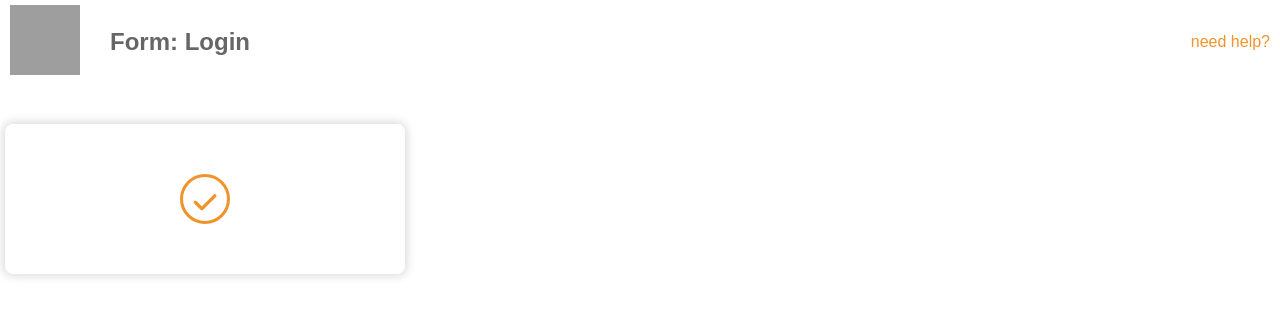
Repository: NguyenDucHung20002/project-homev1
Page: checkout/checkout.html
An editor plug-in stored every save of this project. The page is shown before and after a run of saves, followed by the edit.
The browser window is 1280 px wide. The pictures show the whole page.
Pictures or frames that could not be fetched are drawn as grey boxes. The style sheet was rebuilt from its Sass, Less or Tailwind sources for each picture, by a compiler version that may differ from the author's.

Above is the page before, as saved 2022-09-20 09:21:46.

### checkout/checkout.html
<!DOCTYPE html>
<html lang="en">

<head>
    <meta charset="UTF-8">
    <meta http-equiv="X-UA-Compatible" content="IE=edge">
    <meta name="viewport" content="width=device-width, initial-scale=1.0">
    <link rel="stylesheet" href="../reset.css">
    <link rel="stylesheet" href="../fontawesome-free-6.1.2-web/css/all.min.css">
    <link rel="stylesheet" href="../dist/css/checkout.css">
    <title>Document</title>
    <link rel="icon" href="/icon/favicon.png">
</head>

<body>
    <header>
        <div class="header">
            <div class="container">
                <div class="header-right">
                    <a href="../homev1.html"><img
                            src="http://wp.0effortthemes.com/themes/veggie/wp-content/uploads/2016/06/header-v3-logo.png"
                            alt=""></a>
                    <h2 class="name-form">Form: Login</h2>
                </div>
                <div class="header-left">
                    <a href="" class="help">need help?</a>
                </div>
            </div>
        </div>
    </header>

    <div class="content">
        <div class="container">
            <div class="thank-you">
                <i class="fa-solid fa-check"></i>
            </div>
        </div>
    </div>

</body>

<script src="https://cdnjs.cloudflare.com/ajax/libs/jquery/3.6.0/jquery.min.js"
    integrity="sha512-894YE6QWD5I59HgZOGReFYm4dnWc1Qt5NtvYSaNcOP+u1T9qYdvdihz0PPSiiqn/+/3e7Jo4EaG7TubfWGUrMQ=="
    crossorigin="anonymous" referrerpolicy="no-referrer"></script>
<script src="./checkout.js"></script>

</html>

### reset.css
*,
*::after,
*::before {
  margin: 0;
  padding: 0;
  box-sizing: border-box;
}
a {
  text-decoration: none;
  /* mặc đinh là text-decoration: underline; */
}
ul,
ol {
  list-style: none;
}
input,
button {
  outline: none;
  border: none;
  background: none;
}
table,
th,
td {
  border-collapse: collapse;
}

### checkout/checkout.js
$(".btn-checkout").click((e) => {
  e.preventDefault();
});

### checkout/checkout.scss
* {
  font-family: "Poppins", sans-serif;
}
body {
  position: relative;
}
.container {
  margin: 0 auto;
  width: 1270px;
}
header {
  width: 100%;
  position: fixed;
  top: 0;
  left: 0;
  z-index: 10000;
  background-color: rgba(#ffffff, 0.8);
  .header {
    .container {
      display: flex;
      align-items: center;
      justify-content: space-between;
      padding: 5px;
      .header-right {
        display: flex;
        justify-content: flex-start;
        align-items: center;
        a {
          img {
            width: 70px;
            height: 70px;
          }
        }
        .name-form {
          color: #666;
          margin-left: 30px;
        }
      }
      .header-left {
        a {
          color: #f0932b;
        }
      }
    }
  }
}
.content {
  .container {
    background-color: #ffffff;
    margin-top: 84px;
    padding: 40px 0px;
    .thank-you {
      display: flex;
      align-items: center;
      justify-content: center;
      width: 400px;
      height: 150px;
      border-radius: 8px;
      box-shadow: 0px 0px 10px 2px rgba(0, 0, 0, 0.15);
      i {
        color: #f0932b;
        text-align: center;
        line-height: 50px;
        width: 50px;
        height: 50px;
        border: 3px solid #f0932b;
        border-radius: 50%;
        font-size: 26px;
        font-weight: bold;
      }
    }
  }
}

Loaded but not shown: fontawesome-free-6.1.2-web/css/all.min.css (library)

After the next 2 saves:
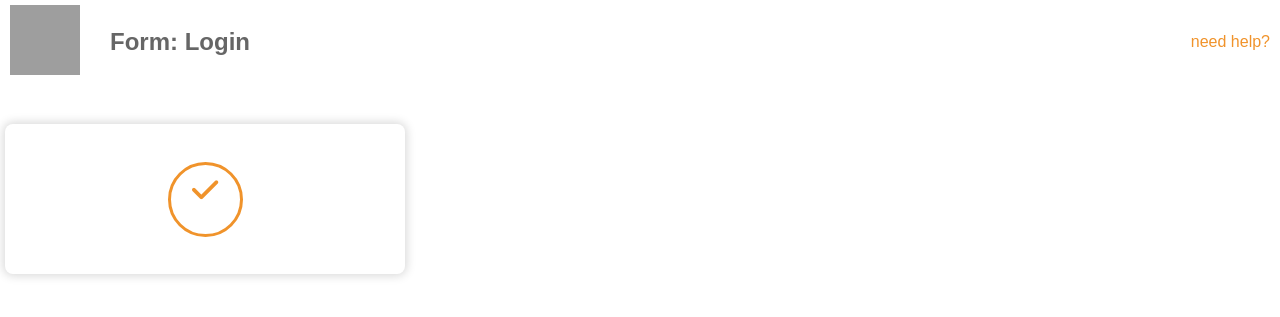
The 2 saves are shown as one change because they came seconds apart.
The last was saved 19 s later.
--- a/checkout/checkout.scss
+++ b/checkout/checkout.scss
@@ -61,11 +61,11 @@ header {
         color: #f0932b;
         text-align: center;
         line-height: 50px;
-        width: 50px;
-        height: 50px;
+        width: 75px;
+        height: 75px;
         border: 3px solid #f0932b;
         border-radius: 50%;
-        font-size: 26px;
+        font-size: 30px;
         font-weight: bold;
       }
     }
